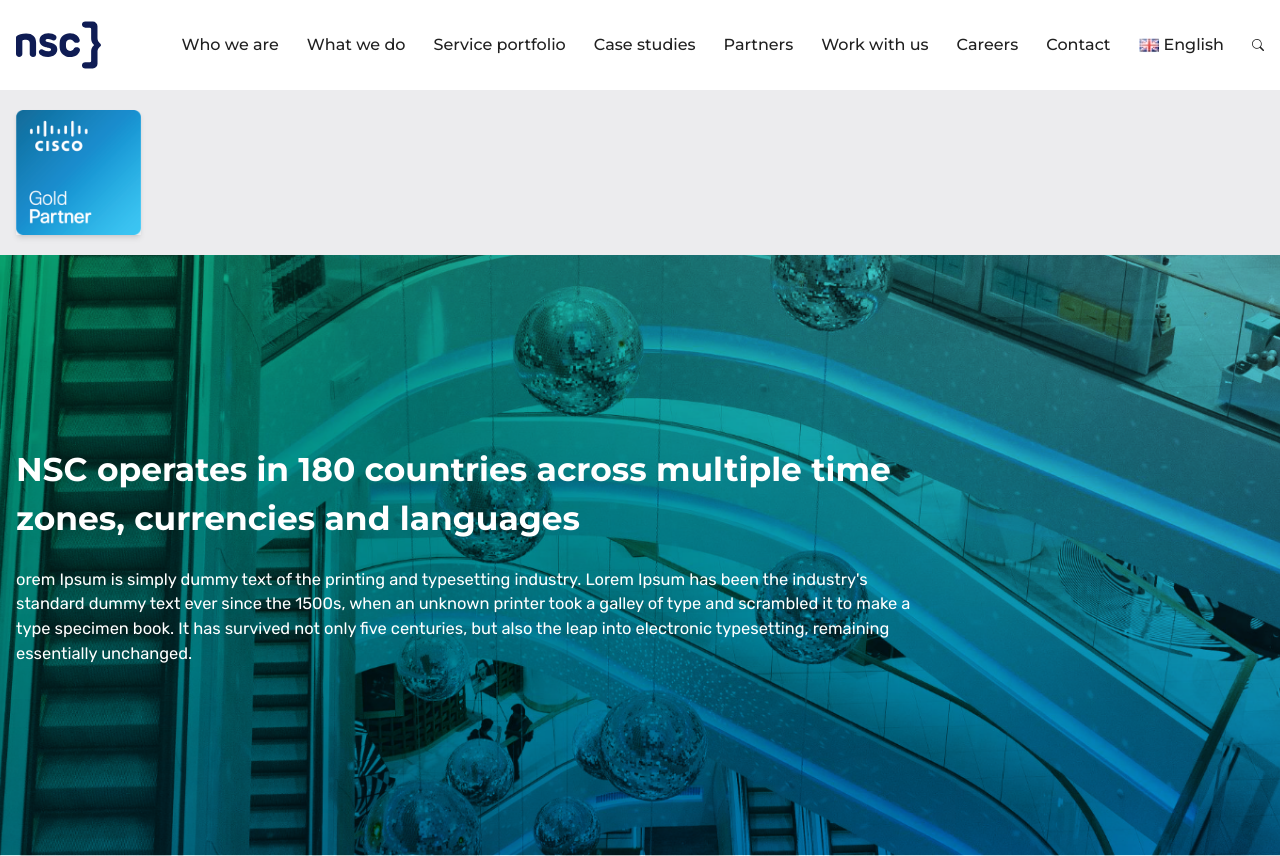
Repository: spaceship9999/ReactIsBack
Page: /
An editor plug-in stored every save of this project. The page is shown before and after the next save, followed by the edit.
The browser window is 1280 px wide. The pictures show the whole page.
The project was rebuilt for these pictures with package versions that can differ from the ones it lists, and the page was loaded fresh each time. The framework's server and built-in components were replaced by stand-ins that run in the browser. Also part of the build but not shown: next.config.js.

Above is the page before, as saved 2023-03-25 00:44:22.

After the next save:
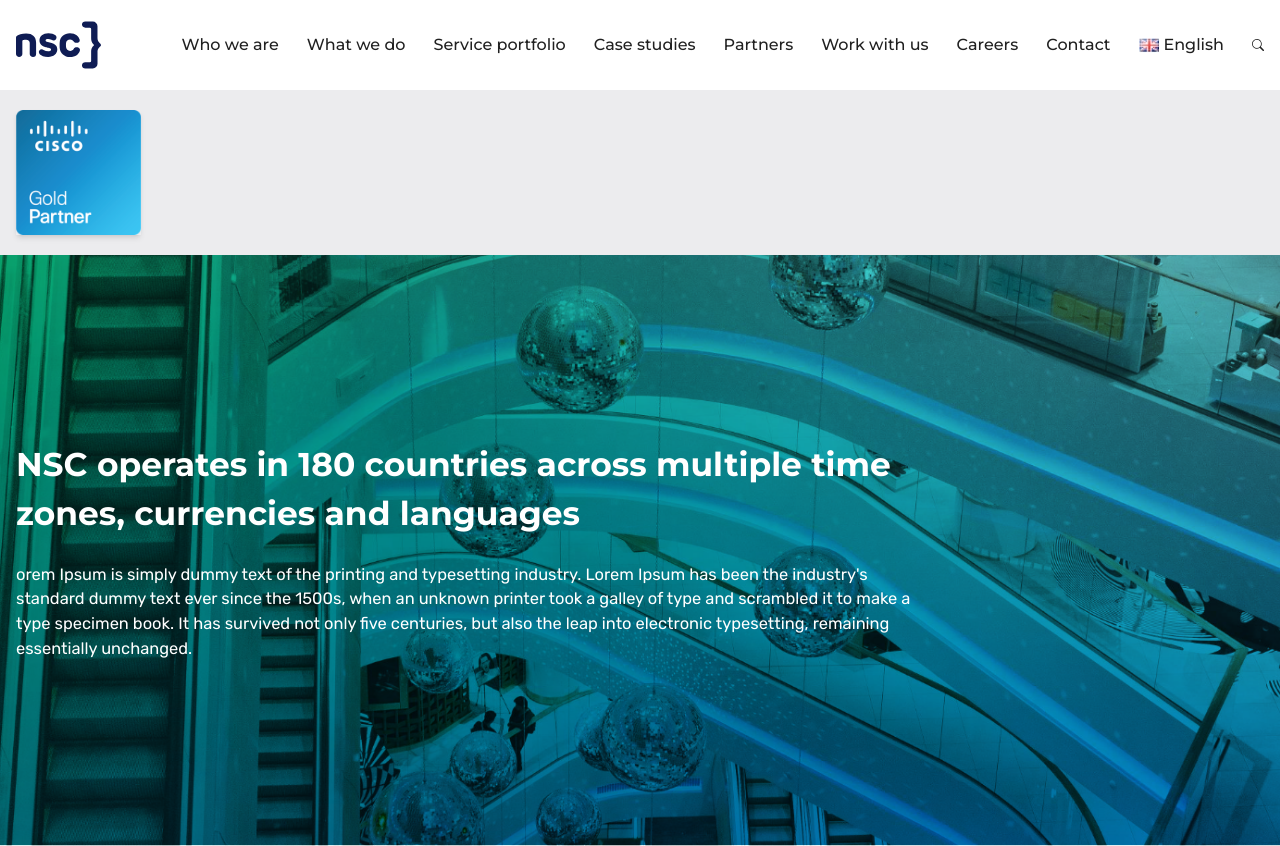
Saved 18 s later.
--- a/src/app/Banner.tsx
+++ b/src/app/Banner.tsx
@@ -10,7 +10,7 @@
 
 export default function Banner({heading, content, image, position = "center"}: BannerProps) {
     return (
-        <div className="py-[190px] relative">
+        <div className="py-[185px] relative">
             <img src={image}
              className={`absolute inset-0 w-full h-full object-cover ${position === 'center' ? 'object-center': 'object-start'}`}/>
              <div className="container">
